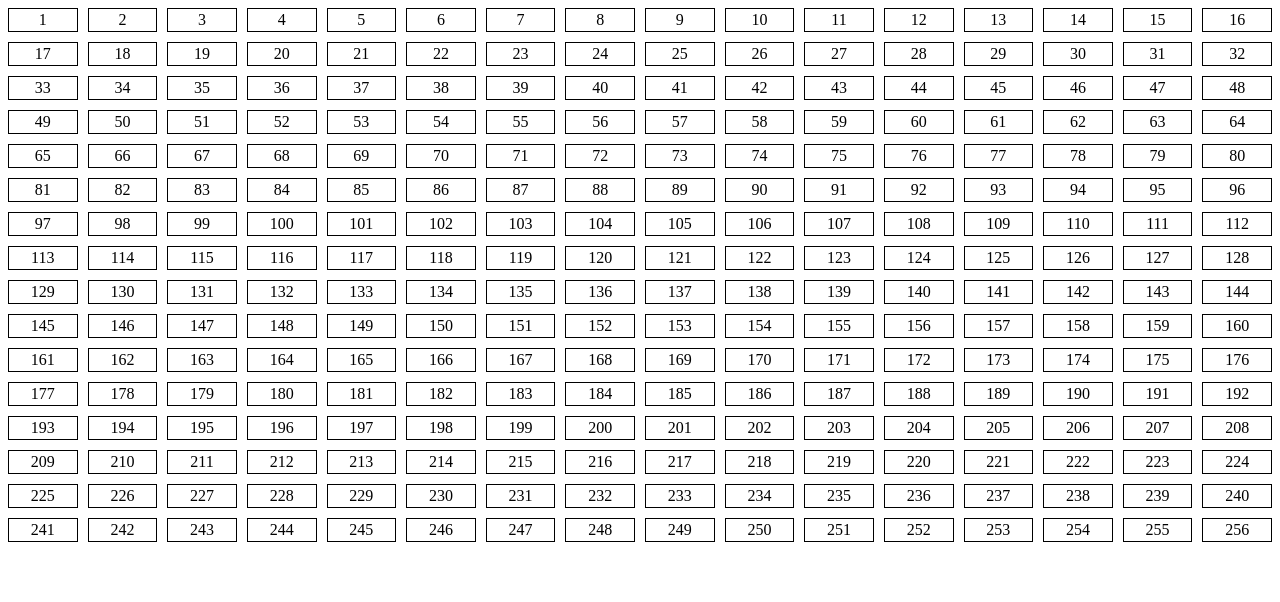
Repository: weazzyefff/Project-Etch-A-Sketch
Page: index.html
An editor plug-in stored every save of this project. The page is shown before and after the next save, followed by the edit.
The browser window is 1280 px wide. The pictures show the whole page.

Above is the page before, as saved 2022-11-30 19:03:28.

After the next save:
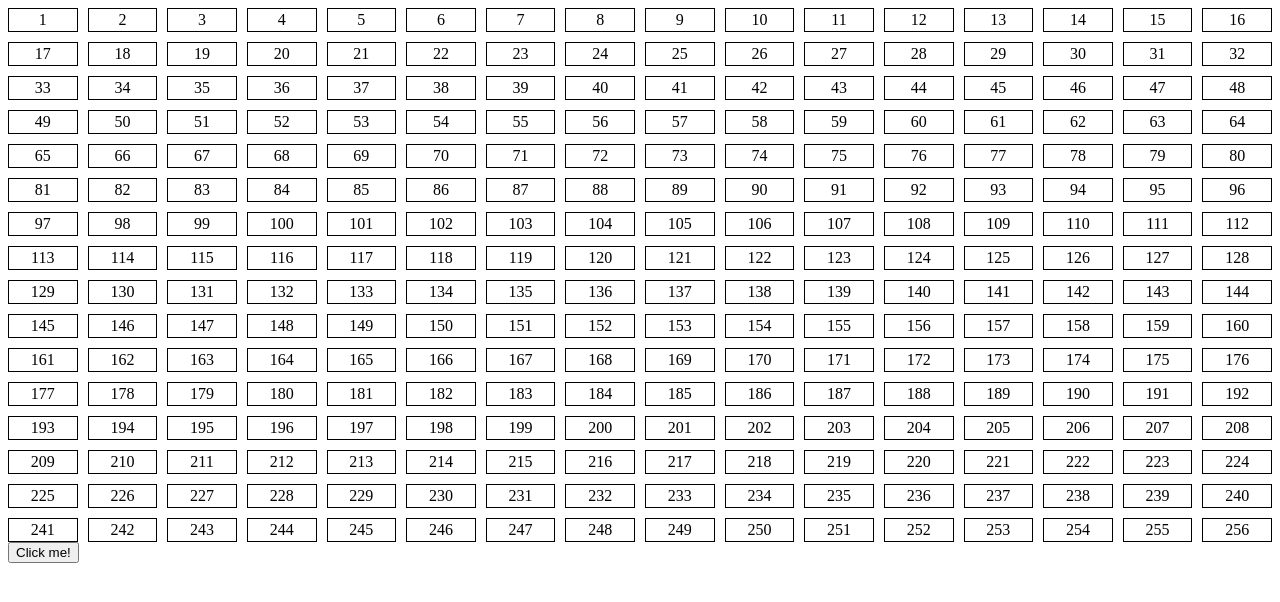
Saved 35 min 16 s later.
--- a/script.js
+++ b/script.js
@@ -4,6 +4,15 @@ const container = document.querySelector('#container');
 //Create Grid
 const grid = getGrid(16, 16);
 function getGrid(rows, columns) {
+
+    //Create button
+    btn = document.createElement("button");
+    btn.textContent = 'Click me!'
+    document.body.appendChild(btn);
+    // Prompt user
+    btn.addEventListener('click', (e) => {
+        //stuck prompt('')
+    });
     container.style.setProperty('--grid-rows', rows);
     container.style.setProperty('--grid-columns', columns);
     for (let c = 0; c < (rows * columns); c++) {
